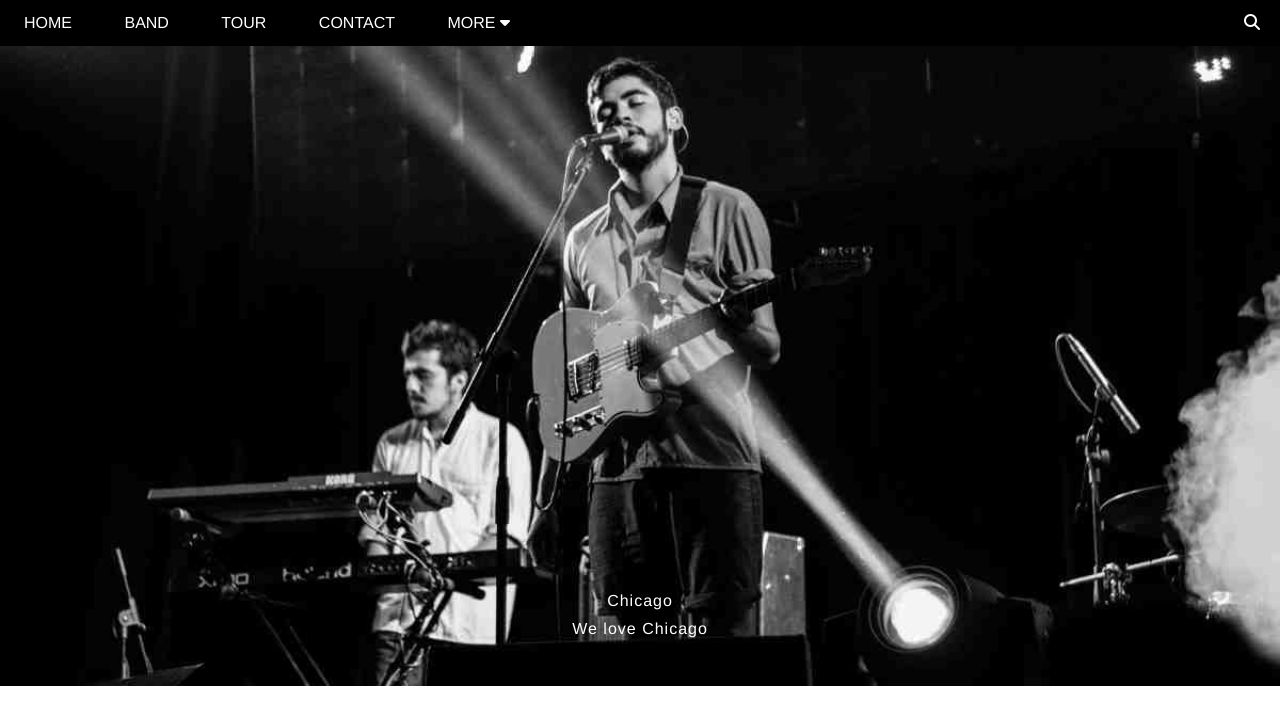
Repository: NguyenMinhChau/Theband
Page: index.html
An editor plug-in stored every save of this project. The page is shown before and after a run of saves, followed by the edit.
The browser window is 1280 px wide. The pictures show the window.
A layer covers the whole window, so only the first screen is drawn. Some web libraries are served in a nearby version.

Above is the page before, as saved 2021-10-23 12:32:49.

After the next 3 saves:
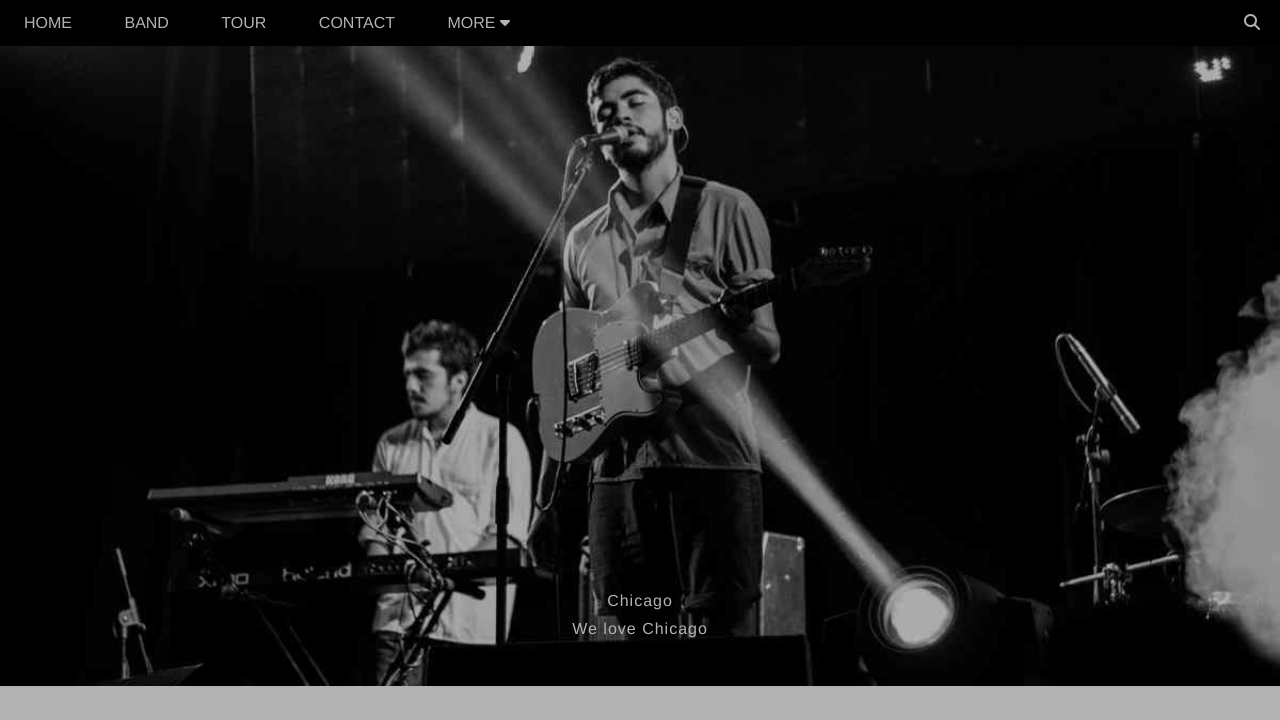
The 3 saves are shown as one change because they came seconds apart.
The last was saved 59 s later.
--- a/assets/css/style.css
+++ b/assets/css/style.css
@@ -302,5 +302,6 @@
     bottom: 0;
     right: 0;
     left: 0;
+    background: rgba(0,0,0,0.3);
 }
 /* END CSS MODAL */
